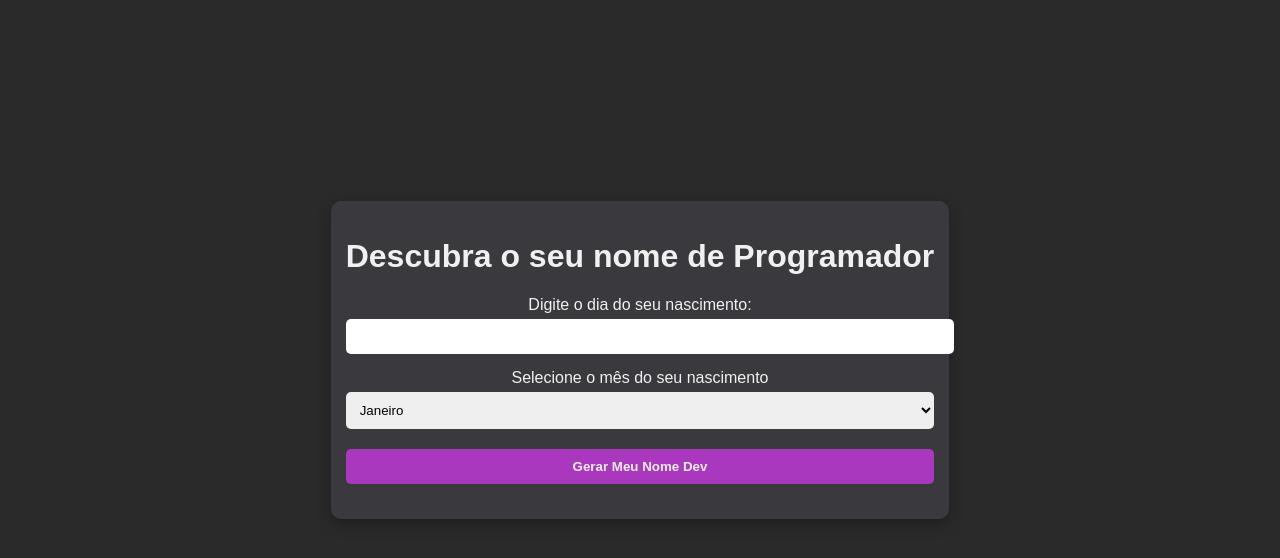
Repository: analessp/seu-nome-dev
Page: index.html
These files come from the project's save history. The page is drawn as it stood at one moment and after the next save; the edit follows.
The browser window is 1280 px wide. The pictures show the whole page.

Above is the page before, as saved 2025-05-13 11:23:28.

### index.html
<!DOCTYPE html>
<html lang="pt-BR">
<head>
    <meta charset="UTF-8">
    <meta name="viewport" content="width=device-width, initial-scale=1.0">
    <title>Seu Nome Dev</title>
    <link rel="stylesheet" href="styles.css">
</head>
<body>
    <div class="container">
        <h1>Descubra o seu nome de Programador</h1>
        <div class="form-group">
            <label for="dia">Digite o dia do seu nascimento:</label>
            <input type="number" id="dia" min="1" max="31">
        </div>
        <div class="form-group">
            <label for="mes">Selecione o mês do seu nascimento</label>
            <select id="mes">
                <option value="1">Janeiro</option>
                <option value="2">Fevereiro</option>
                <option value="3">Março</option>
                <option value="4">Abril</option>
                <option value="5">Maio</option>
                <option value="6">Junho</option>
                <option value="7">Julho</option>
                <option value="8">Agosto</option>
                <option value="9">Setembro</option>
                <option value="10">Outubro</option>
                <option value="11">Novembro</option>
                <option value="12">Dezembro</option>
            </select>
        </div>
        <button onclick="gerarNomeDev()">Gerar Meu Nome Dev</button>
        <div class="resultado" id="resultado"></div>
    </div>
    <script src="app.js"></script>
</body>
</html>

### styles.css
body {
    background-color: #2a2a2a;
    color: #f0f0f0;
    font-family: "Nunito", sans-serif;
    display: flex;
    justify-content: center;
    align-items: center;
    height: 100vh;
    margin: 0;
}

.container {
    background-color: #3a3a3e;
    padding: 15px;
    border-radius: 10px;
    box-shadow: 0px 5px 15px rgba(0, 0, 0, 0.3);
    text-align: center;
}

.form-group {
    margin-bottom: 15px;
}

input, select, button {
    cursor: pointer;
    padding: 10px;
    margin-top: 5px;
    width: 100%;
    border-radius: 5px;
    border: none;
    outline: none;
}

button {
    background-color: #aa38be;
    color: #f0f0f0;
    font-weight: bold;
    transition: background-color 0.3s;
}

button:hover {
    background-color: #e27cd3;
}

.resultado {
    margin-top: 20px;
    font-size: 1.2rem;
    font-weight: bold;
    color: #8b14c7;
}

### app.js
function gerarNomeDev() {
    const dia = parseInt(document.getElementById("dia").value);
    const mes = parseInt(document.getElementById("mes").value);
    const resultado = document.getElementById("resultado");

    if (isNaN(dia) || dia < 1 || dia > 31) {
        resultado.textContent = "Insira um dia válido.";
        return;
    }

    const títulos = {
    1: "Desenvolvedor(a)",
    2: "Desenvolvedor(a)",
    3: "Programador(a)",
    4: "Programador(a)",
    5: "Programador(a)",
    6: "Estagiário(a)",
    7: "Estagiário(a)",
    8: "EEstagiário(a)",
    9: "Sênior",
    0: "Sênior",
};

const meses = {
    1: "bugado(a)",
    2: "do CTRL C, CTRL V",
    3: "das gambiarras",
    4: "que culpa o cache",
    5: "que esquece o que faz",
    6: "do git vazio",
    7: "das try/ catch vazia",
    8: "famosinho do LinkedIn",
    9: "caçador de bugs",
    10: "do Windows Pirata",
    11: "do update sem where",
    12: "do commit bugado",
};

const ultimoDigito = dia % 10;
const titulo = títulos[ultimoDigito];
const mesTexto = meses[mes];

resultado.textContent = `${titulo} ${mesTexto}`;

}

After the next save:
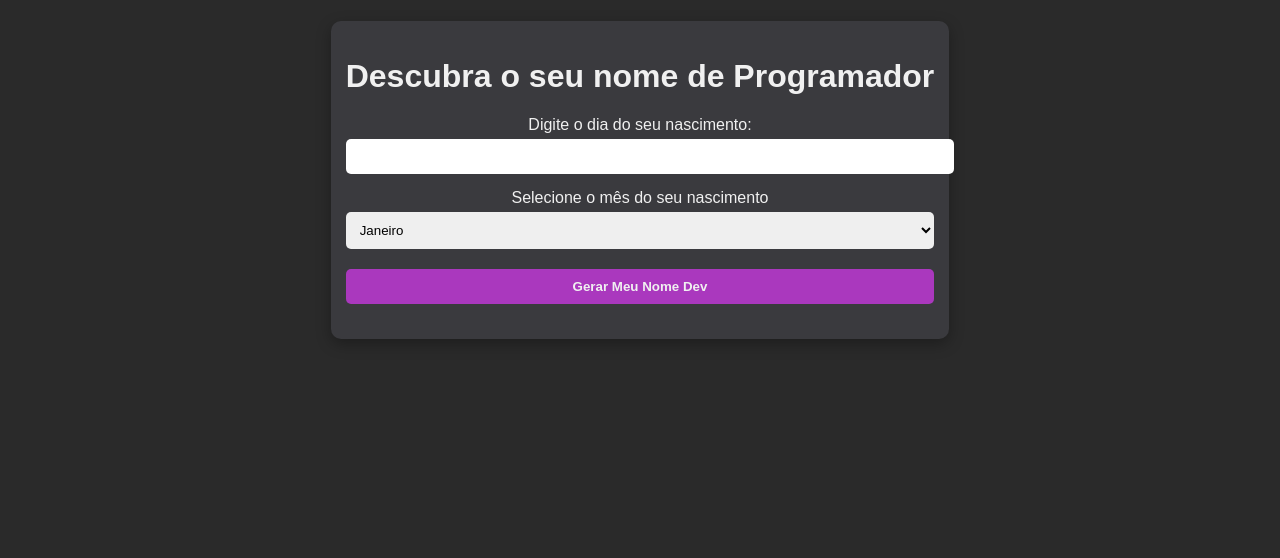
Saved 25 s later.
--- a/styles.css
+++ b/styles.css
@@ -5,7 +5,7 @@
     display: flex;
     justify-content: center;
     align-items: center;
-    height: 100vh;
+    height: 50vh;
     margin: 0;
 }
 

After the save that followed:
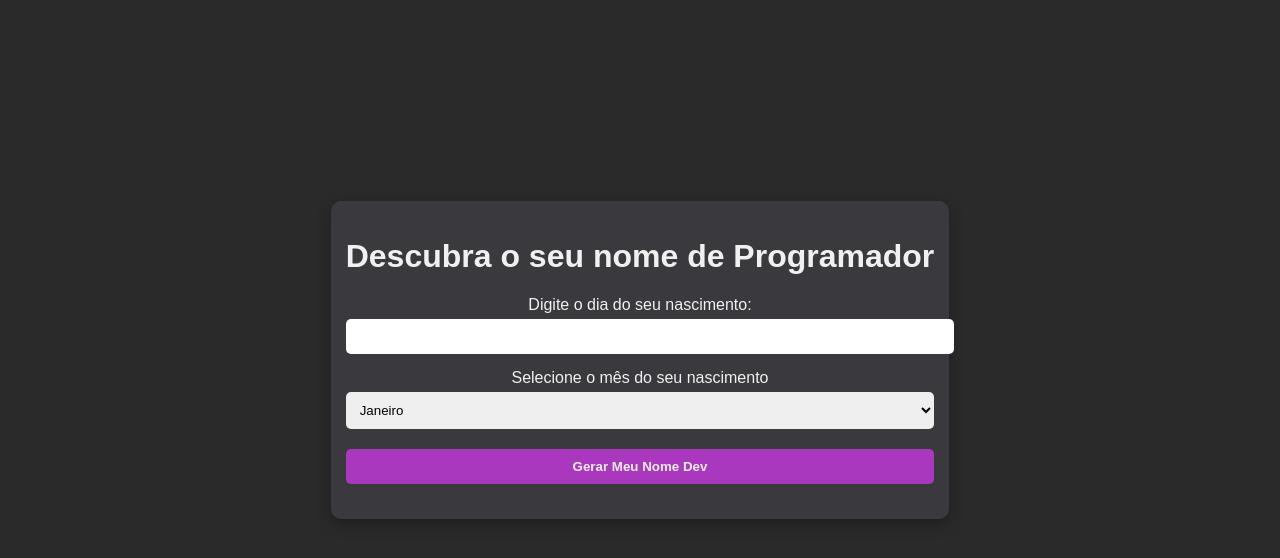
Saved 16 s later.
--- a/styles.css
+++ b/styles.css
@@ -5,7 +5,7 @@
     display: flex;
     justify-content: center;
     align-items: center;
-    height: 50vh;
+    height: 100vh;
     margin: 0;
 }
 
